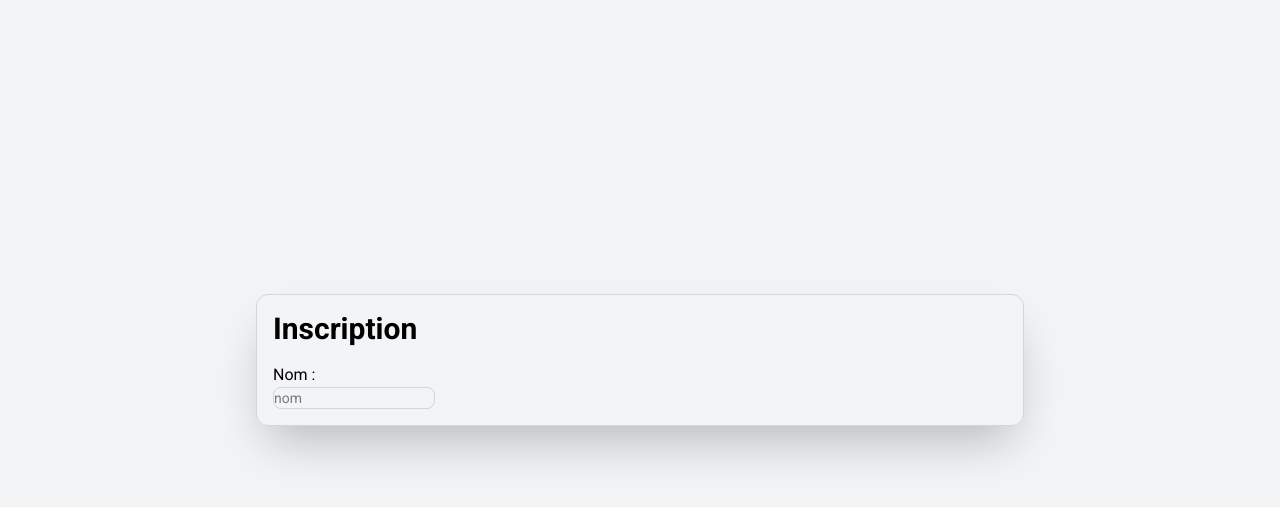
Repository: fahchouchsm/clubSportifWeb
Page: src/pages/inscription.html
These files come from the project's save history. The page is drawn as it stood at one moment and after the next save; the edit follows.
The browser window is 1280 px wide. The pictures show the whole page.

Above is the page before, as saved 2025-04-16 18:15:29.

### src/pages/inscription.html
<!doctype html>
<html lang="en">
  <head>
    <meta charset="UTF-8" />
    <meta name="viewport" content="width=device-width, initial-scale=1.0" />
    <link href="../css/output.css" rel="stylesheet" />
    <link rel="stylesheet" href="../css/main.css" />
    <title>Document</title>
  </head>
  <body>
    <div class="flex h-screen w-screen items-center justify-center bg-gray-100">
      <main
        class="mx-auto flex w-full max-w-3xl rounded-xl border border-gray-300 p-4 shadow-2xl"
      >
        <img src="" alt="" />
        <form action="" method="post" class="flex w-full flex-col gap-4">
          <h1 class="text-3xl font-bold">Inscription</h1>
          <div class="flex">
            <div class="">
              <label for="nom"> Nom : </label>
              <input
                class="block w-full rounded-lg border border-gray-300 bg-gray-50 ps-10 text-sm text-gray-900 focus:border-blue-500 focus:ring-blue-500"
                type="text"
                name="nom"
                id="nom"
                placeholder="nom"
              />
            </div>
          </div>
        </form>
      </main>
    </div>
  </body>
</html>

### src/css/main.css
@import url("https://fonts.googleapis.com/css2?family=Roboto:wght@400;700&display=swap");

body {
  font-family: "Roboto", sans-serif;
}

Loaded but not shown: src/css/output.css (1058 lines, source omitted)

After the next save:
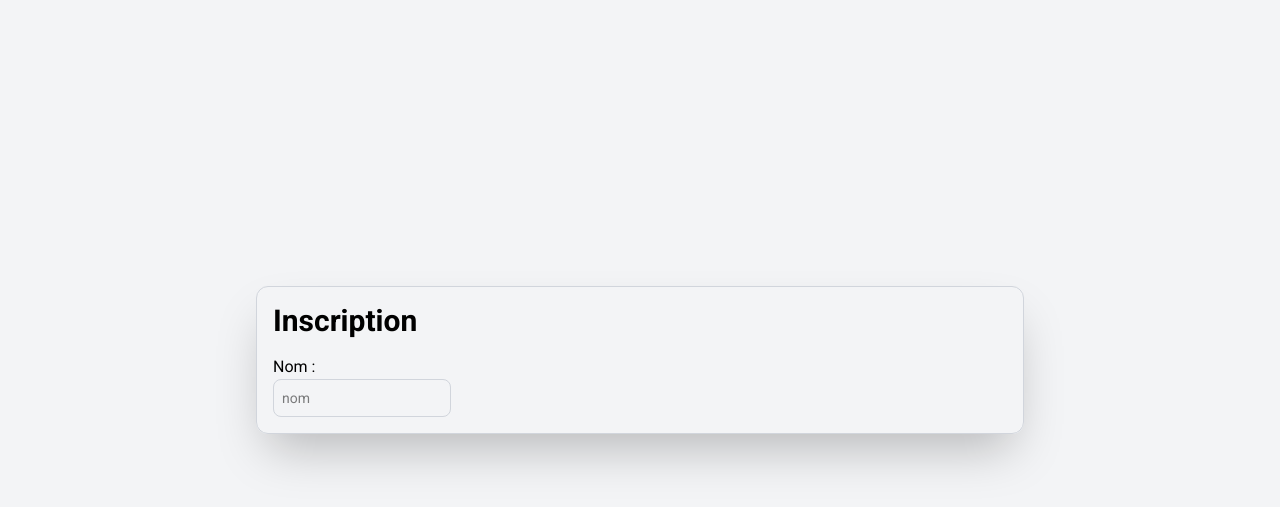
Saved 4 s later.
--- a/src/pages/inscription.html
+++ b/src/pages/inscription.html
@@ -19,7 +19,7 @@
             <div class="">
               <label for="nom"> Nom : </label>
               <input
-                class="block w-full rounded-lg border border-gray-300 bg-gray-50 ps-10 text-sm text-gray-900 focus:border-blue-500 focus:ring-blue-500"
+                class="block w-full rounded-lg border border-gray-300 bg-gray-50 p-2 ps-10 text-sm text-gray-900 focus:border-blue-500 focus:ring-blue-500"
                 type="text"
                 name="nom"
                 id="nom"
